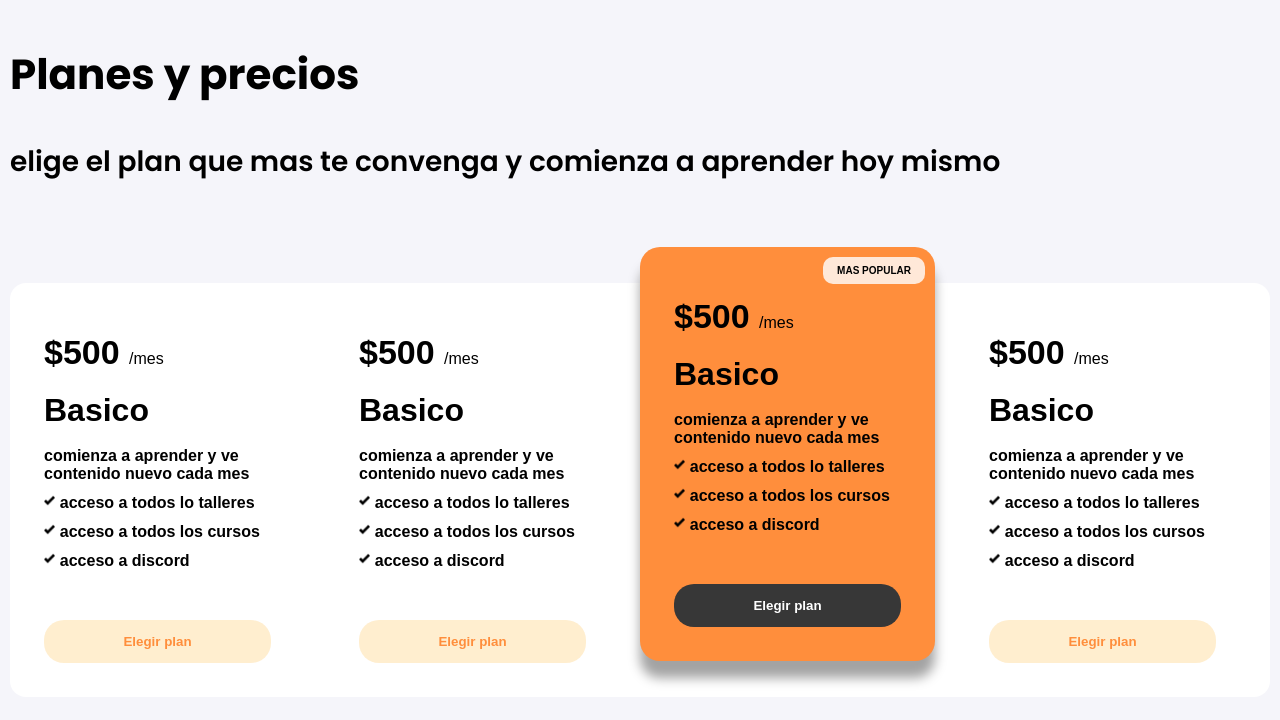
Repository: darkmantiz2/Tarjetas-planes
Page: index.html
The author's editor kept a copy of each file at every save. The page is drawn from the files as they stood at one save, then again after the next save.
The browser window is 1280 px wide. The pictures show the whole page.

Above is the page before, as saved 2022-01-11 15:17:35.

### index.html
<!DOCTYPE html>
<html lang="en">

<head>
  <meta charset="UTF-8">
  <meta http-equiv="X-UA-Compatible" content="IE=edge">
  <meta name="viewport" content="width=device-width, initial-scale=1.0">
  <link rel="preconnect" href="https://fonts.googleapis.com">
  <link rel="preconnect" href="https://fonts.gstatic.com" crossorigin>
  <link href="https://fonts.googleapis.com/css2?family=Poppins:ital,wght@0,600;0,700;1,400&display=swap"
    rel="stylesheet">
  <link rel="stylesheet" href="./css/index.css">
  <title>Cards Precios</title>
</head>

<body>
  <section class="cards">
    <div class="container">
      <h1 class="contaier-title">
        Planes y precios
      </h1>
      <p class="container-text1">
        elige el plan que mas te convenga y comienza a aprender hoy mismo
      </p>
      <section class="container-card">
        <div class="card">

          <p class="card-price"> $500 <span class="card-month"> /mes</span></p>
          <p class="card-plan">Basico</p>
          <p class="card-description"> comienza a aprender y ve contenido nuevo cada mes</p>
          <p class="card-item1"><img class="card-icon" src="icons/png-transparent-computer-icons-check-mark-checkbox-palomita-angle-logo-check-mark.png" alt="">  acceso a todos lo talleres</p>
          <p class="card-item2"><img class="card-icon" src="icons/png-transparent-computer-icons-check-mark-checkbox-palomita-angle-logo-check-mark.png" alt=""> acceso a todos los cursos</p>
          <p class="card-item3"><img class="card-icon" src="icons/png-transparent-computer-icons-check-mark-checkbox-palomita-angle-logo-check-mark.png" alt=""> acceso a discord</p>

          <button class="card-button"> Elegir plan </button>
        </div>
        <div class="card">
          <p class="card-price"> $500 <span class="card-month"> /mes</span></p>
          <p class="card-plan">Basico</p>
          <p class="card-description"> comienza a aprender y ve contenido nuevo cada mes</p>
          <p class="card-item1"><img class="card-icon" src="icons/png-transparent-computer-icons-check-mark-checkbox-palomita-angle-logo-check-mark.png" alt="">  acceso a todos lo talleres</p>
          <p class="card-item2"><img class="card-icon" src="icons/png-transparent-computer-icons-check-mark-checkbox-palomita-angle-logo-check-mark.png" alt=""> acceso a todos los cursos</p>
          <p class="card-item3"><img class="card-icon" src="icons/png-transparent-computer-icons-check-mark-checkbox-palomita-angle-logo-check-mark.png" alt=""> acceso a discord</p>

          <button class="card-button"> Elegir plan </button>
        </div>
        <div class="card card-orange">
          <label class="card-label">mas popular</label>
          <p class="card-price"> $500 <span class="card-month"> /mes</span></p>
          <p class="card-plan">Basico</p>
          <p class="card-description">  comienza a aprender y ve contenido nuevo cada mes</p>
          <p class="card-item1"><img class="card-icon" src="icons/png-transparent-computer-icons-check-mark-checkbox-palomita-angle-logo-check-mark.png" alt="">  acceso a todos lo talleres</p>
          <p class="card-item2"><img class="card-icon" src="icons/png-transparent-computer-icons-check-mark-checkbox-palomita-angle-logo-check-mark.png" alt=""> acceso a todos los cursos</p>
          <p class="card-item3"><img class="card-icon" src="icons/png-transparent-computer-icons-check-mark-checkbox-palomita-angle-logo-check-mark.png" alt=""> acceso a discord</p>

          <button class="card-button-orange"> Elegir plan </button>
        </div>
        <div class="card">

          <p class="card-price"> $500 <span class="card-month"> /mes</span></p>
          <p class="card-plan">Basico</p>
          <p class="card-description">  comienza a aprender y ve contenido nuevo cada mes</p>
          <p class="card-item1"><img class="card-icon" src="icons/png-transparent-computer-icons-check-mark-checkbox-palomita-angle-logo-check-mark.png" alt="">  acceso a todos lo talleres</p>
          <p class="card-item2"><img class="card-icon" src="icons/png-transparent-computer-icons-check-mark-checkbox-palomita-angle-logo-check-mark.png" alt=""> acceso a todos los cursos</p>
          <p class="card-item3"><img class="card-icon" src="icons/png-transparent-computer-icons-check-mark-checkbox-palomita-angle-logo-check-mark.png" alt=""> acceso a discord</p>


          <button class="card-button"> Elegir plan </button>
        </div>
      </section>




    </div>
  </section>
</body>

</html>

### css/index.css
:root {
  --black: #373737;
  --primary: #ff8e3c;
  --white: #ffffff;
  --grey: #848199;
  --red: #fa513a;
  --grey-2: #a3a3a3;
  --bg: #f5f5fa;
  --headline2: 600 1.75rem/normal Poppins;
  --headline3: 600 1.25rem/1.375rem Poppins;
  --button: 400 0.875rem/1rem Poppins;
  --headline1: 600 3.5rem/normal Poppins;
  --body1-regular: 400 1rem/1.5rem Poppins;
  --body1-bold: 700 1rem/1.5rem Poppins;
  --body2-bold: 700 0.875rem/1.5rem Poppins;
  --body2-regular: 400 0.875rem/1.5rem Poppins;
  --caption-regular: 400 0.75rem/1rem Poppins;
  --caption-bold: 600 0.75rem/1rem Poppins;

}

/*BODDY*/

body {
  color: var(--white);
  background-color: var(--primary);
  font: var(--headline2);
  background: var(--bg);
}

.container {
  color: black;
}



.container-card {
  display: flex;
  margin-top: 100px;
  justify-content: center;
  align-items: center;
  max-width: 1260px;
  width: 100%;
  background-color: white;
  border-radius: 16px;
  font-family: arial;
  font-weight: bold;
}

.card-month {
  font-size: 16px;
  font-weight: 100;
  color: black;

}

.cards {
  display: flex;
  justify-content: center;
  align-items: center;
}

.card-orange {
  background-color: var(--primary);
  font-size: medium;
  transform: translateY(-36px);
  box-shadow: 0px 17px 12px 0px var(--grey-2);
}


.card {
  align-items: flex-start;
  display: flex;
  justify-content: center;
  flex-direction: column;
  width: 334px;
  padding:0 34px 34px;
  border-radius: 20px;
  margin-right: 20px;
  font-size: medium;
  box-sizing: border-box;
  position: relative;
}

.card-price {
  margin: 0;
  padding-bottom: 20px;
  padding-top: 50px;
  font-size: 34px;
}


.card-plan {
  margin: 0;
  padding-bottom: 18px;
  font-size: xx-large;
  font-weight: bold;
}

.card-icon{
  width: 5%;
}

.card-description {
  margin: 0;
  padding-bottom: 10px;
}

.card-item1 {
  margin: 0;
  padding-bottom: 10px;
}

.card-item2 {
  margin: 0;
  padding-bottom: 10px;
}

.card-item3 {
  margin: 0;
  padding-bottom: 50px;
}

.card-button {
 width: 100%;
  padding: 14px 37px 14px 37px;
  background-color: #ffa50030;
  border-radius: 20px;
  border: none;
  color: var(--primary);
  font-weight: bolder;
  cursor: pointer;
}

.card-button-orange {
  width: 100%;
  padding: 14px 37px 14px 37px;
  background-color: var(--black);
  border-radius: 20px;
  color: var(--white);
  border: none;
  cursor: pointer;
  font-weight:bolder;
}

.card-label{
  background-color: rgba(255, 255, 255, 0.801);
  padding: 8px 14px;
  border-radius: 10px;
  font-size: small;
  text-transform: uppercase;
  font-size: 10px;
  font-weight: 800;
  font-style: normal;
  position: absolute;
  top: 10px;
  right: 10px;
}



.container {
  color: black;
}



.container-card {
  display: flex;
  justify-content: center;
  align-items: center;
  max-width: 1260px;
  width: 100%;
}

After the next save:
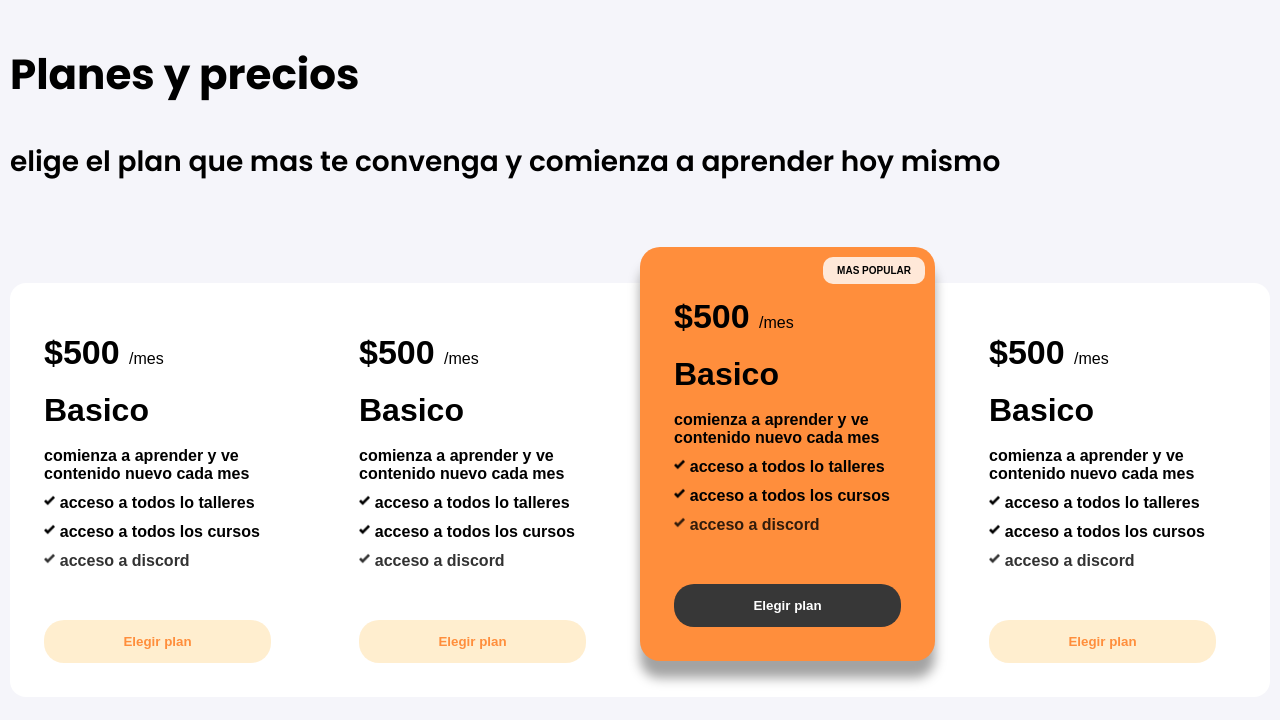
Saved 7 min 1 s later.
--- a/css/index.css
+++ b/css/index.css
@@ -119,6 +119,7 @@ body {
 .card-item3 {
   margin: 0;
   padding-bottom: 50px;
+  opacity: 0.8;
 }
 
 .card-button {
